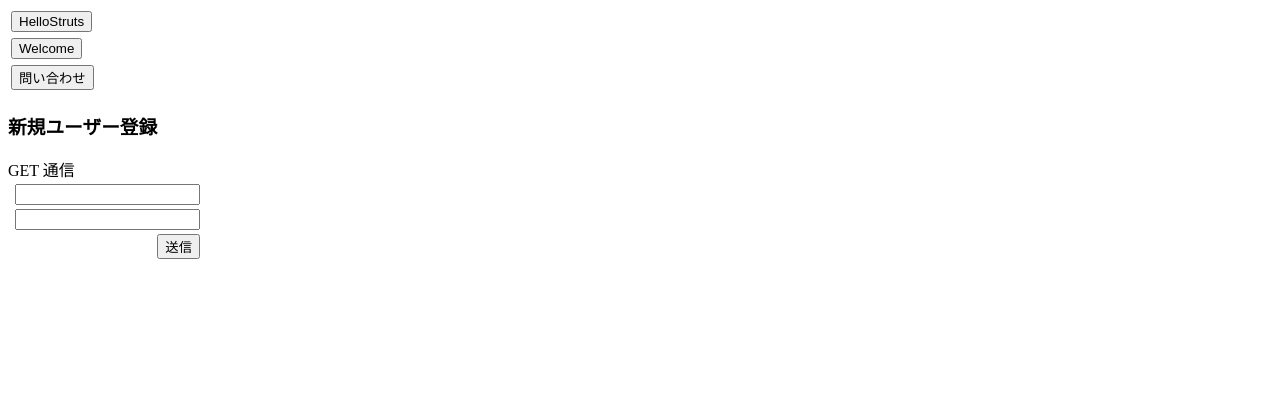
Repository: 8luemitsuho/test
Page: http://localhost/WebProj2/
These files come from the project's save history. The page is drawn as it stood at one moment and after the next save; the edit follows.
The browser window is 1280 px wide. The pictures show the whole page.
The page is served by Tomcat 9. Other server files are loaded and not shown.

Above is the page before, as saved 2019-07-25 08:31:25.

### WebProj2/WebContent/index.jsp
<%@ page language="java" contentType="text/html; charset=UTF-8"
    pageEncoding="UTF-8"%>
<%@ taglib prefix="s" uri="/struts-tags" %>
<!DOCTYPE html>
<html>
<head>
	<meta charset="UTF-8">
	<title>INDEX</title>
</head>
<body>
	<s:form action="HelloStrutsAction">
		<s:submit value="HelloStruts"/>
	</s:form>

	<s:form action="WelcomeAction">
		<s:submit value="Welcome"/>
	</s:form>

	<s:form action="InquiryAction">
		<s:submit value="問い合わせ"/>
	</s:form>

	<h3>新規ユーザー登録</h3>
	GET 通信
	<s:form method="get" action="TestAction">
	<s:textfield name="username"/>
	<s:password name="password"/>
	<s:submit value="送信"/>
	</s:form>
</body>
</html>

After the next save:
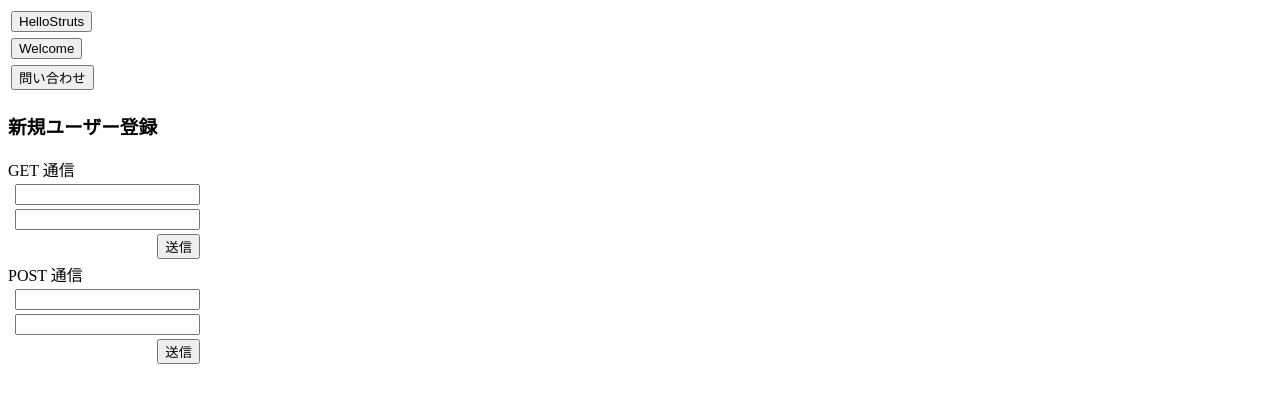
Saved 52 s later.
--- a/WebProj2/WebContent/index.jsp
+++ b/WebProj2/WebContent/index.jsp
@@ -27,5 +27,11 @@
 	<s:password name="password"/>
 	<s:submit value="送信"/>
 	</s:form>
+	POST 通信
+	<s:form method="post" action="TestAction">
+	<s:textfield name="username"/>
+	<s:password name="password"/>
+	<s:submit value="送信"/>
+	</s:form>
 </body>
 </html>
